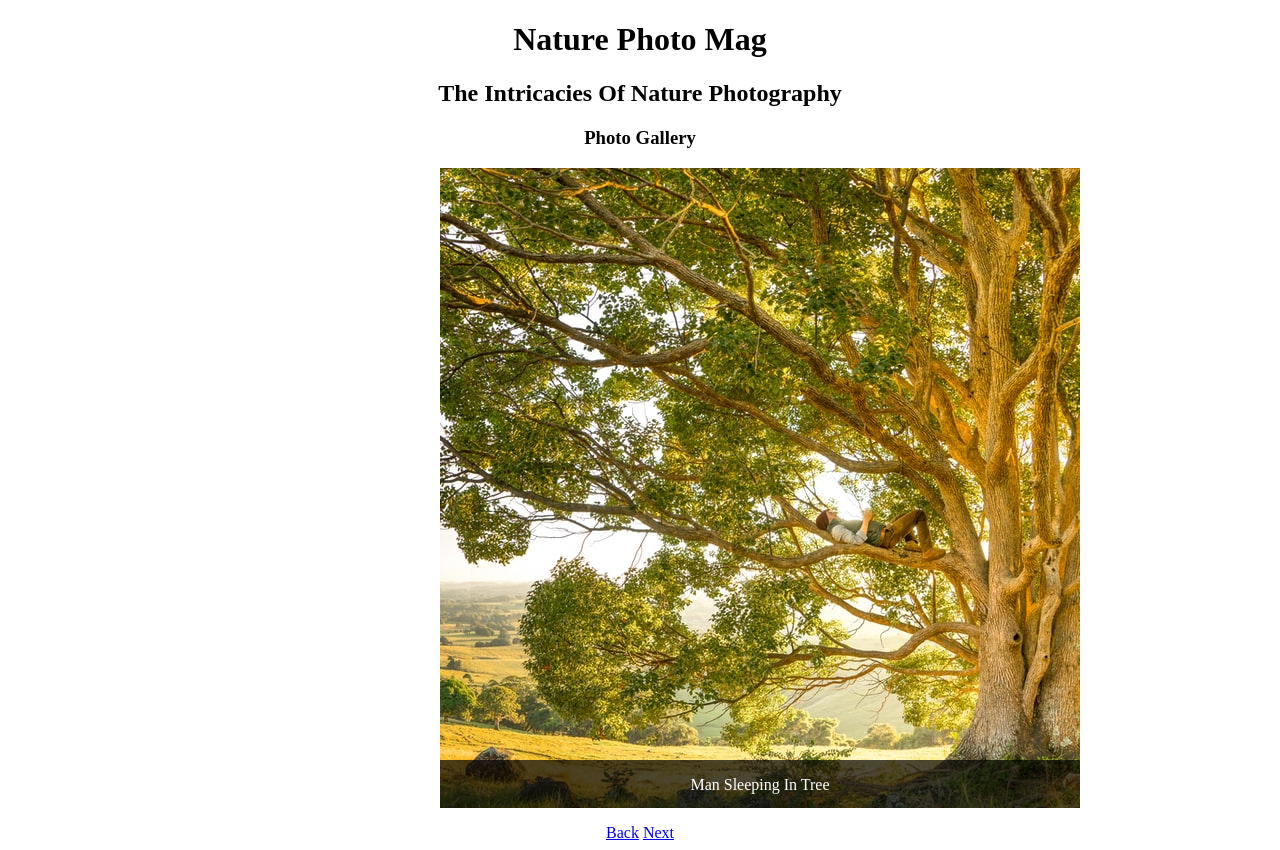
Repository: alexmaddux99/Image-Gallery
Page: index.html
These files come from the project's save history. The page is drawn as it stood at one moment and after a run of saves; the edit follows.
The browser window is 1280 px wide. The pictures show the whole page.

Above is the page before, as saved 2022-03-08 12:11:50.

After the next 2 saves:
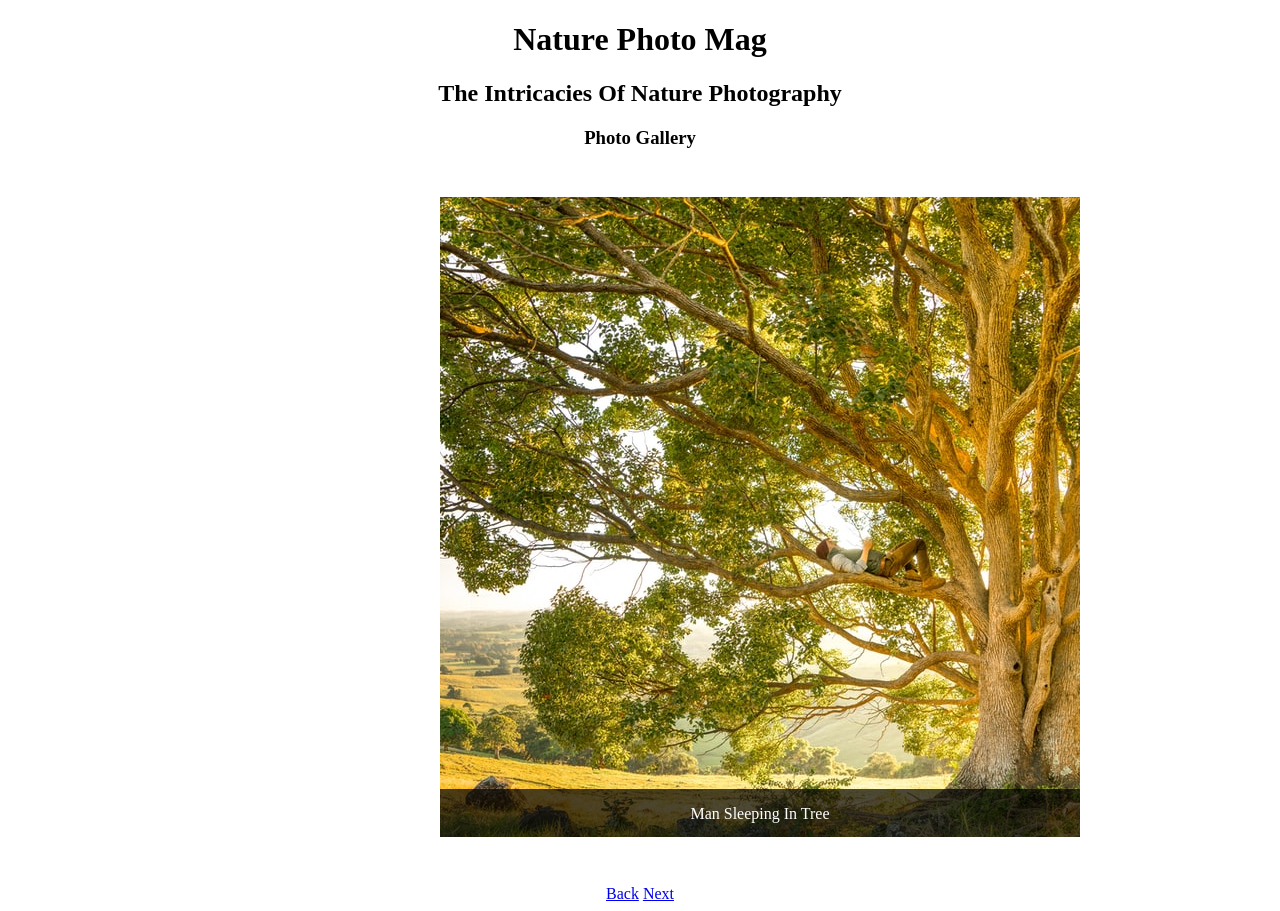
The 2 saves are shown as one change because they came seconds apart.
The last was saved 6 s later.
--- a/css/main.css
+++ b/css/main.css
@@ -16,7 +16,7 @@ section {
   position:relative;
   width:640px;
   height:640px;
-  margin: 1rem 0;
+  margin: 3rem 0;
 }
 
 .slide {
